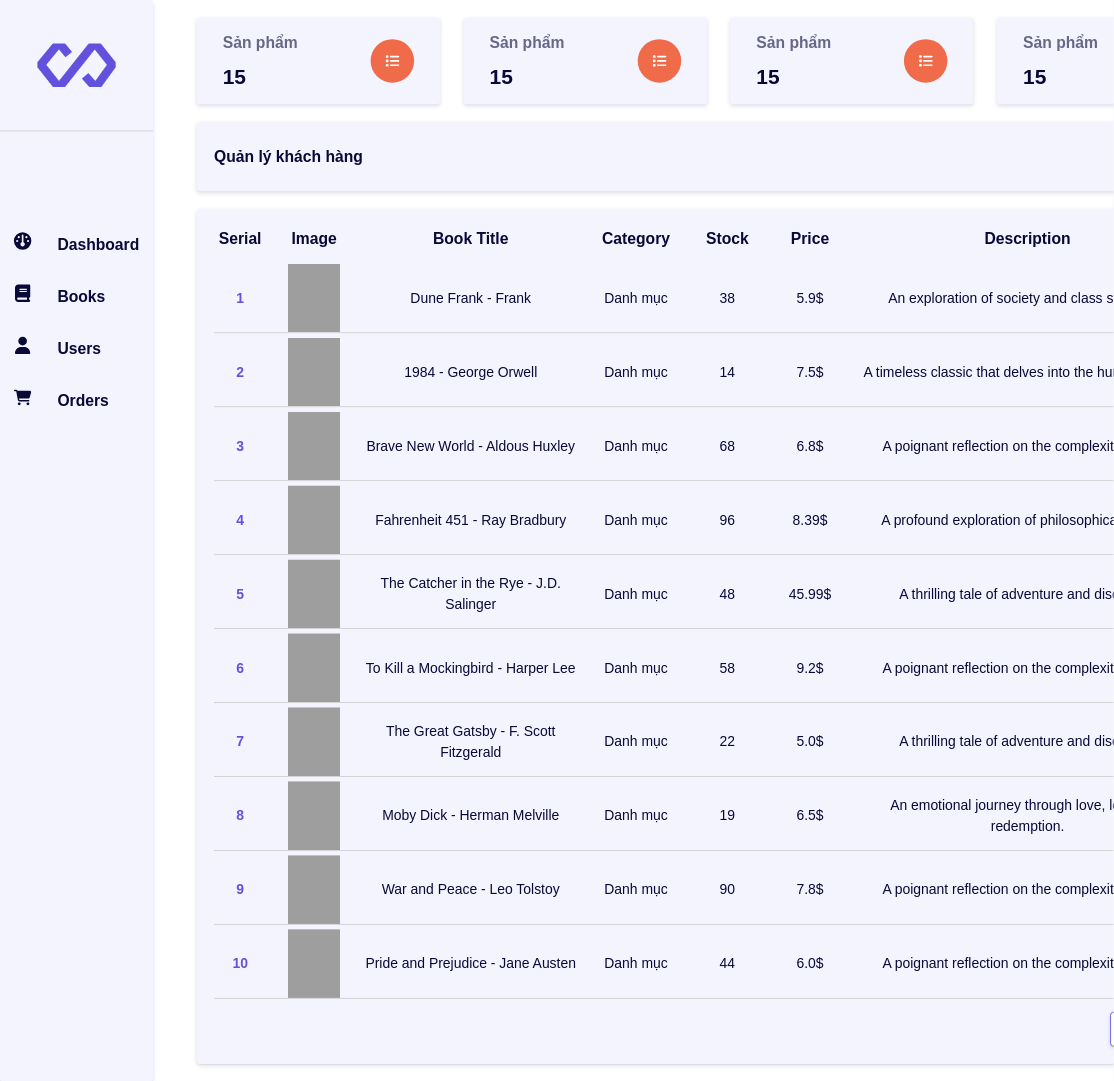
Repository: kauittt/BookStore_FE
Page: / (app in book-store/)
The author's editor kept a copy of each file at every save. The page is drawn from the files as they stood at one save, then again after the next save.
The browser window is 1280 px wide. The pictures show the whole page, at 87% of full size.
Pictures or frames that could not be fetched are drawn as grey boxes. The project was rebuilt for these pictures with package versions that can differ from the ones it lists, and the page was loaded fresh each time. Also part of the build but not shown: book-store/vite.config.js, book-store/src/components/elements/FormInput.jsx, book-store/src/components/login-signup/Login.jsx, book-store/src/components/book/BookItem.jsx, book-store/src/components/book/BookList.jsx, book-store/src/components/elements/BackNavigation.jsx, book-store/src/components/book/BookDetail.jsx, book-store/src/components/cart/QuantitySelector.jsx and 4 more.

Above is the page before, as saved 2024-07-20 11:52:52.

### book-store/src/index.css
@tailwind base;
@tailwind components;
@tailwind utilities;

.container {
    width: 100%;
}
@media (min-width: 640px) {
    .container {
        max-width: 640px;
    }
}
@media (min-width: 768px) {
    .container {
        max-width: 768px;
    }
    @media (min-width: 1024px) {
        .container {
            max-width: 1024px;
        }
    }
    @media (min-width: 1280px) {
        .container {
            max-width: 1280px;
        }
    }
    @media (min-width: 1400px) {
        .container,
        .container-lg,
        .container-md,
        .container-sm,
        .container-xl,
        .container-xxl {
            max-width: 1320px;
        }
    }
}

### book-store/src/components/admin/AdminNav.jsx
import PropTypes from "prop-types";
import { FontAwesomeIcon } from "@fortawesome/react-fontawesome";
import {
    faCartShopping,
    faUser,
    faBook,
    faGauge,
} from "@fortawesome/free-solid-svg-icons";

const AdminNav = () => {
    return (
        <div
            className="flex flex-col  gap-[100px]
            font-semibold text-lg  w-[260px]
            bg-bgr-main shadow-custom rounded"
        >
            <div
                className="w-full flex justify-center mt-[50px] pb-[50px]
            border-b border-border"
            >
                <img
                    src="./image/Logo.png"
                    alt="Logo"
                    className="w-[90px] h-[50px]  object-cover"
                />
            </div>

            <div>
                <div
                    className="p-[16px]
            transition-all duration-200 ease-in-out
            group hover:bg-bgr-white hover:shadow-custom rounded
            cursor-pointer"
                >
                    <p className="flex gap-[10px]">
                        <FontAwesomeIcon
                            className="mr-[20px] w-[20px] h-[20px]"
                            icon={faGauge}
                        />
                        Dashboard
                    </p>
                </div>
                <div
                    className="p-[16px]
            transition-all duration-200 ease-in-out
            group hover:bg-bgr-white hover:shadow-custom rounded
            cursor-pointer"
                >
                    <p className="flex gap-[10px]">
                        <FontAwesomeIcon
                            className="mr-[20px] w-[20px] h-[20px]"
                            icon={faBook}
                        />
                        Books
                    </p>
                </div>
                <div
                    className="p-[16px]
            transition-all duration-200 ease-in-out
            group hover:bg-bgr-white hover:shadow-custom rounded
            cursor-pointer"
                >
                    <p className="flex gap-[10px]">
                        <FontAwesomeIcon
                            className="mr-[20px]  w-[20px] h-[20px]"
                            icon={faUser}
                        />
                        Users
                    </p>
                </div>
                <div
                    className="p-[16px]
            transition-all duration-200 ease-in-out
            group hover:bg-bgr-white hover:shadow-custom rounded
            cursor-pointer"
                >
                    <p className="flex gap-[10px]">
                        <FontAwesomeIcon
                            className="mr-[20px] w-[20px] h-[20px]"
                            icon={faCartShopping}
                        />
                        Orders
                    </p>
                </div>
            </div>
        </div>
    );
};

AdminNav.propTypes = {
    book: PropTypes.object,
};
export default AdminNav;

### book-store/src/components/admin/ManageList.jsx
import React from "react";
import PropTypes from "prop-types";
import { FontAwesomeIcon } from "@fortawesome/react-fontawesome";
import {
    faCartShopping,
    faUser,
    faBook,
    faGauge,
} from "@fortawesome/free-solid-svg-icons";
import ManageItem from "./ManageItem";
import FormButton from "./../elements/FormButton";
const ManageList = (props) => {
    const category = [
        {
            group: "Order",
            fields: [
                { name: "Serial", width: "50px" },
                { name: "Customer Name", width: "150px" },
                { name: "Book Title", width: "150px" },
                { name: "Quantity", width: "100px" },
                { name: "Price", width: "100px" },
                { name: "Phone Number", width: "100px" },
                { name: "Address", flex: "1" }, // Use flex for flexible widths
            ],
        },
        {
            group: "Book",
            fields: [
                { name: "Serial", style: "w-[60px] text-center" },
                { name: "Image", style: "w-[80px] text-center" },
                { name: "Book Title", style: "w-[250px] text-center" },
                { name: "Category", style: "w-[100px] text-center" },
                { name: "Stock", style: "w-[80px] text-center" },
                { name: "Price", style: "w-[80px] text-center" },
                { name: "Description", style: "flex-1 text-center" },
            ],
        },
        {
            group: "User",
            fields: [
                { name: "Serial", width: "50px" },
                { name: "Username", width: "150px" },
                { name: "Name", width: "200px" },
                { name: "Role", width: "100px" },
                { name: "Email", width: "200px" },
                { name: "Phone Number", width: "150px" },
                { name: "Address", flex: "1" },
            ],
        },
    ];

    return (
        <div
            className="max-w-[1200px] w-[1200px] p-[20px] pr-[50px]
        flex flex-col gap-[15px] bg-bgr-main shadow-custom rounded"
        >
            {/*//* Category */}
            <div
                className="flex justify-between items-center gap-[15px]
            font-semibold text-lg"
            >
                {category[1].fields.map((field, index) => (
                    <p key={index} className={`${field.style} `}>
                        {field.name}
                    </p>
                ))}
            </div>

            {/*//* List Item */}
            <div className="flex flex-col gap-[5px]">
                {props.books.map((book, index) => (
                    <ManageItem
                        data={book}
                        category={category[1].fields}
                        key={index}
                        index={index}
                    ></ManageItem>
                ))}
            </div>

            <div className="flex justify-end">
                <FormButton name="Checkout"></FormButton>
            </div>
        </div>
    );
};
ManageList.propTypes = {
    books: PropTypes.array,
};
export default ManageList;

### book-store/src/components/admin/AdminPage.jsx
import React from "react";
import PropTypes from "prop-types";
import ManageList from "./ManageList";
import AdminNav from "./AdminNav";
import Card from "./../elements/Card";
import ManageTitle from "./ManageTitle";
import { FontAwesomeIcon } from "@fortawesome/react-fontawesome";
import {
    faCircleUser,
    faCartShopping,
    faHandHoldingDollar,
    faList,
} from "@fortawesome/free-solid-svg-icons";

const AdminPage = (props) => {
    return (
        <div
            className="flex gap-[30px] justify-between
        max-h-full overflow-hidden
        "
        >
            <AdminNav></AdminNav>
            <div className="flex flex-col gap-[20px] p-[20px]">
                <div className="flex justify-between items-center ">
                    <Card name="Sản phẩm" quantity={15} icon={faList}></Card>
                    <Card name="Sản phẩm" quantity={15} icon={faList}></Card>
                    <Card name="Sản phẩm" quantity={15} icon={faList}></Card>
                    <Card name="Sản phẩm" quantity={15} icon={faList}></Card>
                </div>
                <ManageTitle
                    name="Quản lý khách hàng"
                    button="Add User"
                ></ManageTitle>
                <ManageList books={props.books}></ManageList>
            </div>
        </div>
    );
};

AdminPage.propTypes = {
    books: PropTypes.array,
};
export default AdminPage;

### book-store/src/components/elements/Card.jsx
import React from "react";
import PropTypes from "prop-types";
import { FontAwesomeIcon } from "@fortawesome/react-fontawesome";
import {
    faCircleUser,
    faCartShopping,
    faHandHoldingDollar,
    faList,
} from "@fortawesome/free-solid-svg-icons";
const Card = (props) => {
    return (
        <div
            className="flex items-center justify-between
            w-[280px] h-[100px] bg-bgr-main p-[30px]
        rounded shadow-custom"
        >
            <div className="flex flex-col gap-[10px]">
                <p className="text-lg text-text-light font-semibold">
                    {props.name}
                </p>
                <p className="text-2xl font-semibold">{props.quantity}</p>
            </div>
            <FontAwesomeIcon
                className="p-[17px] rounded-full
             bg-bgr-color text-text-white"
                icon={props.icon}
            />
            {/* <FontAwesomeIcon icon={faCartShopping} />
            <FontAwesomeIcon icon={faHandHoldingDollar} />
            <FontAwesomeIcon icon={faCircleUser} /> */}
        </div>
    );
};

Card.propTypes = {
    name: PropTypes.string,
    quantity: PropTypes.number,
    icon: PropTypes.object,
    color: PropTypes.string,
};
export default Card;

### book-store/src/components/elements/FormButton.jsx
import PropTypes from "prop-types";

const FormButton = ({
    name = "Button",
    main = true,
    type = "button",
    disabled = false,
    ...props
}) => {
    return (
        <button
            type={type}
            disabled={disabled}
            className={`m-w-[100px] w-[100px] m-h-[40px] h-[40px] leading-[40px]
            rounded text-lg font-semibold
            flex items-center justify-center
            cursor-pointer shadow-custom
            transition-all duration-200 ease-in-out
            bg-bgr-white
            ${main ? "bg-bgr-white" : "bg-bgr-white"}
            ${main ? "text-text-color" : "text-bgr-color"}
            ${
                main
                    ? "border border-text-color hover:bg-text-color hover:text-text-white"
                    : "border border-bgr-color hover:bg-bgr-color hover:text-text-white"
            }
            `}
            {...props}
        >
            {name}
        </button>
    );
};

FormButton.propTypes = {
    main: PropTypes.bool,
    name: PropTypes.string.isRequired,
    type: PropTypes.string,
    disabled: PropTypes.bool,
};

export default FormButton;

### book-store/src/components/admin/ManageItem.jsx
import PropTypes from "prop-types";
import { FontAwesomeIcon } from "@fortawesome/react-fontawesome";
import { faPen } from "@fortawesome/free-solid-svg-icons";

const ManageItem = (props) => {
    // STT | Tên khách | Tên sách | Số lượng | Giá     | Phone | Address
    // STT | Hình      | Tên sách | Danh mục | Tồn kho | Giá   | Mô tả
    // STT | Username  | Name     | Role     | Email   | Phone | Address

    const isImage = props.data.image ? true : false;
    // console.log(props.data);
    // console.log(props.category);

    return (
        <div
            className="flex justify-between  items-center
                gap-[15px] h-[80px] relative
                border-b border-border"
        >
            <p
                className={`${props.category[0].style} font-semibold text-text-color`}
            >
                {props.index + 1}
            </p>

            {isImage ? (
                <div
                    className={`${props.category[1].style} h-full
                flex items-center justify-center`}
                >
                    <img
                        className="w-[60px] h-full object-cover"
                        src={props.data.image}
                        alt="Image"
                    />
                </div>
            ) : (
                <p className={`${props.category[1].style} `}>Tăng Khải Minh</p>
            )}

            <p className={`${props.category[2].style} `}>
                {props.data.name + " - " + props.data.author}
            </p>

            <p className={`${props.category[3].style} `}>Danh mục</p>

            <p className={`${props.category[4].style} `}>
                {props.data.quantity}
            </p>

            <p className={`${props.category[5].style} `}>{props.data.price}$</p>

            <p className={`${props.category[6].style} relative`}>
                {props.data.description}
            </p>
            <FontAwesomeIcon
                className="absolute right-[-40px] p-[10px] rounded cursor-pointer
                text-bgr-color
                transition-all duration-200 ease-in-out
                hover:bg-bgr-color hover:text-text-white  "
                icon={faPen}
            />
        </div>
    );
};
ManageItem.propTypes = {
    data: PropTypes.object,
    category: PropTypes.array,
    index: PropTypes.number,
};
export default ManageItem;

### book-store/src/components/admin/ManageTitle.jsx
import React from "react";
import PropTypes from "prop-types";
import FormButton from "./../elements/FormButton";

const ManageTitle = (props) => {
    return (
        <div
            className="flex justify-between items-center
        h-[80px] bg-bgr-main p-[20px]
            rounded shadow-custom"
        >
            <p className="font-semibold text-lg">{props.name}</p>
            <FormButton name={props.button}></FormButton>
        </div>
    );
};

ManageTitle.propTypes = {
    name: PropTypes.string,
    button: PropTypes.string,
};

export default ManageTitle;

Loaded but not shown: book-store/index.html (common file); book-store/src/main.jsx (common file); book-store/tailwind.config.js (34 lines, source omitted); book-store/src/App.jsx (146 lines, source omitted)

After the next save:
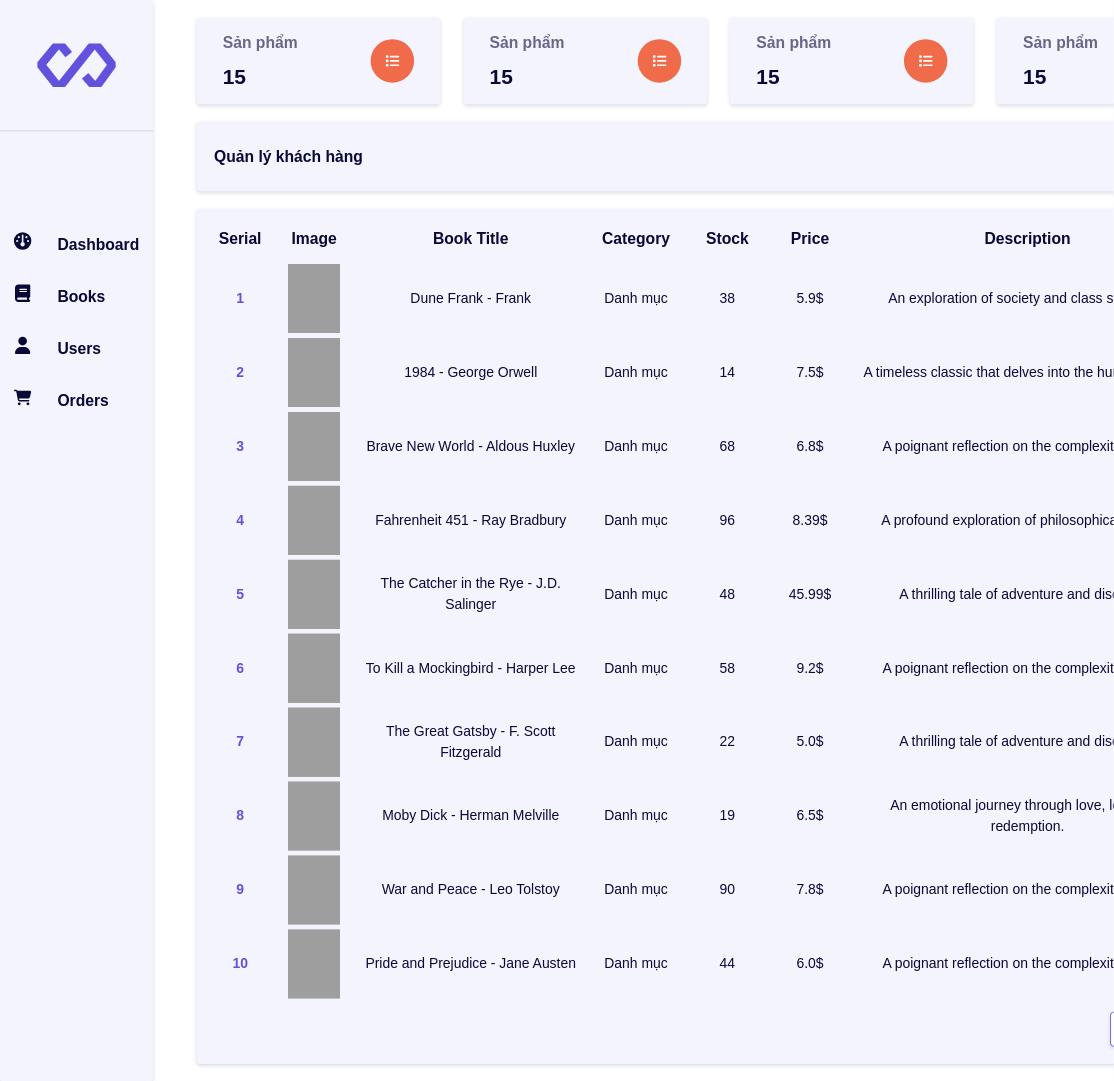
Saved 12 s later.
--- a/book-store/src/components/admin/ManageItem.jsx
+++ b/book-store/src/components/admin/ManageItem.jsx
@@ -15,7 +15,7 @@
         <div
             className="flex justify-between  items-center
                 gap-[15px] h-[80px] relative
-                border-b border-border"
+                "
         >
             <p
                 className={`${props.category[0].style} font-semibold text-text-color`}

After the save that followed:
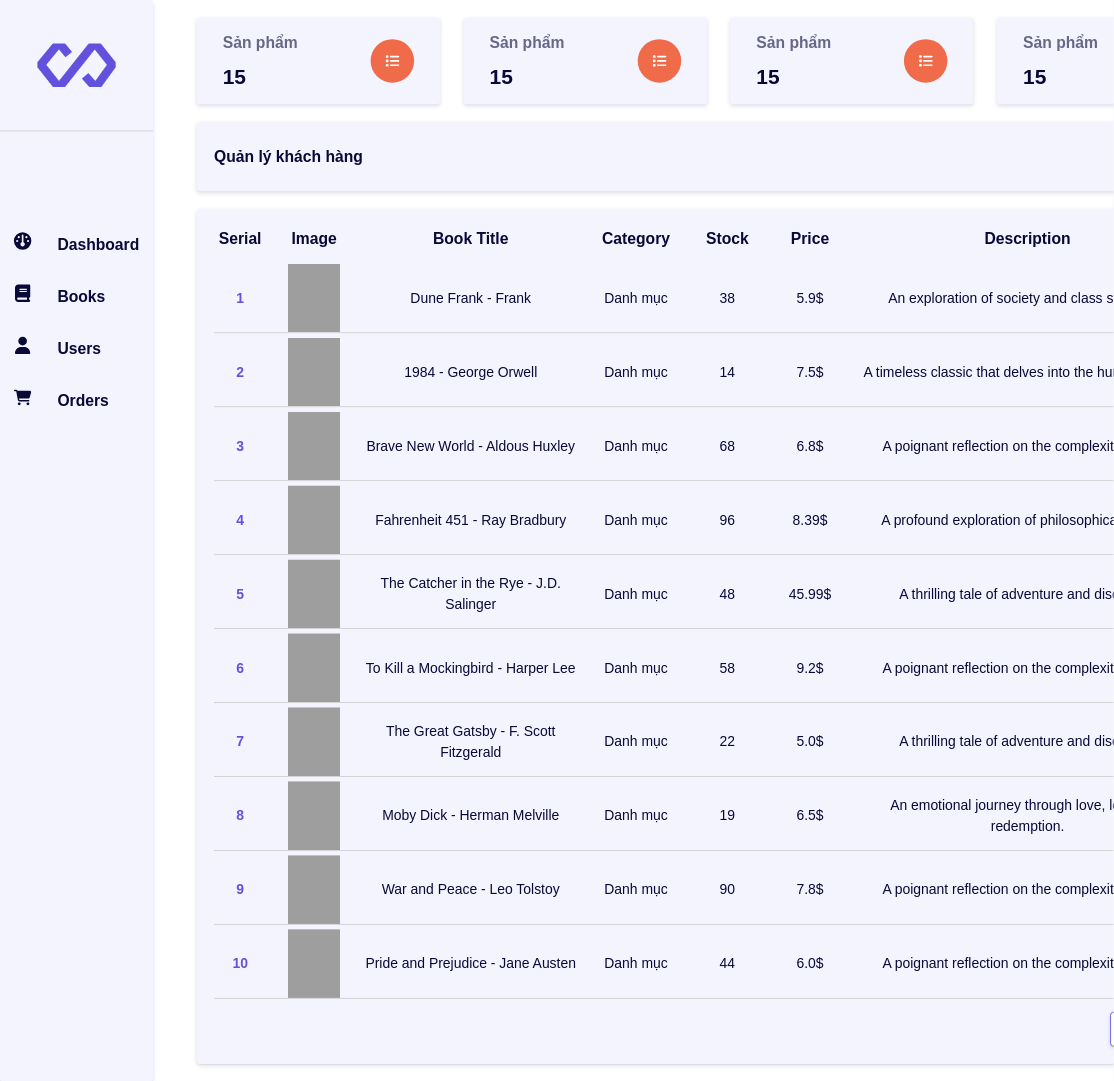
Saved 19 s later.
--- a/book-store/src/components/admin/ManageItem.jsx
+++ b/book-store/src/components/admin/ManageItem.jsx
@@ -15,7 +15,7 @@
         <div
             className="flex justify-between  items-center
                 gap-[15px] h-[80px] relative
-                "
+                border-b border-border"
         >
             <p
                 className={`${props.category[0].style} font-semibold text-text-color`}
